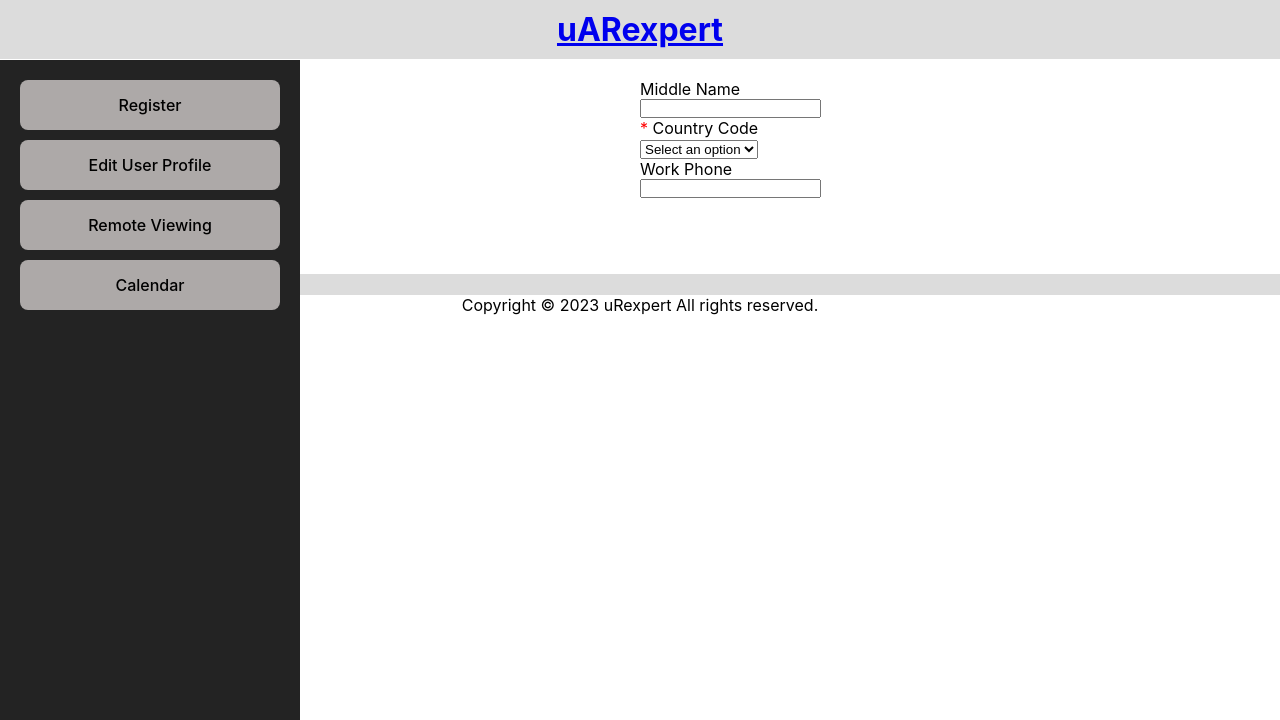
Repository: onionNguyen/Senior-Design-Project
Page: /profile/edit (app in frontend/)
The author's editor kept a copy of each file at every save. The page is drawn from the files as they stood at one save, then again after the next save.
The browser window is 1280 px wide. The pictures show the whole page.
The page's requests for data from a server got no answer. The project was rebuilt for these pictures with package versions that can differ from the ones it lists, and the page was loaded fresh each time. No one was signed in, and anything a server would have sent is missing. Also part of the build but not shown: frontend/src/components/pages/login/Login.module.css, frontend/src/components/pages/login/Login.js, frontend/src/components/pages/home/Home.module.css, frontend/src/components/pages/error/Unauthorized.js, frontend/src/components/pages/home/Home.js, frontend/src/components/pages/registration/Register.module.css, frontend/src/components/pages/registration/Register.js, frontend/src/components/pages/error/NotFound.js and 2 more.

Above is the page before, as saved 2023-10-27 03:26:16.

### frontend/src/index.css
* {
  box-sizing: border-box;
  margin: 0;
  padding: 0;
}

body {
  font-family: -apple-system, BlinkMacSystemFont, "Segoe UI", "Roboto", "Oxygen",
    "Ubuntu", "Cantarell", "Fira Sans", "Droid Sans", "Helvetica Neue",
    sans-serif;
  -webkit-font-smoothing: antialiased;
  -moz-osx-font-smoothing: grayscale;
}

code {
  font-family: source-code-pro, Menlo, Monaco, Consolas, "Courier New",
    monospace;
}

### frontend/src/App.js
import { BrowserRouter as Router, Routes, Route } from "react-router-dom";
import EditProfile from "./components/pages/edit-user-profile/EditProfile";
import Login from "./components/pages/login/Login";
import Home from "./components/pages/home/Home";
import Register from "./components/pages/registration/Register";
import { AuthContext } from "./helpers/AuthContext";
import { useState, useEffect } from "react";
import axios from "axios";
import NotFound from "./components/pages/error/NotFound";
import Calendar from "./components/pages/calendar/Calendar";
import RemoteViewing from "./components/pages/remote-viewing/RemoteViewing";

function App() {
  const [authState, setAuthState] = useState({
    id: 0,
    name: "",
    email: "",
    status: false,
  });

  useEffect(() => {
    axios
      .get("http://localhost:5000/auth", {
        headers: {
          accessToken: localStorage.getItem("accessToken"),
        },
      })
      .then((response) => {
        console.log(response.data);
        if (response.data.error) {
          setAuthState({
            ...authState,
            status: false,
          });
        } else {
          setAuthState({
            id: response.data.id,
            name: response.data.name,
            email: response.data.email,
            status: true,
          });
        }
      });
  }, [authState]);

  return (
    <AuthContext.Provider value={{ authState, setAuthState }}>
      <Router>
        <Routes>
          <Route path="/" exact element={<Home />} />
          <Route path="/register" exact element={<Register />} />
          <Route path="/login" exact element={<Login />} />
          <Route path="/profile/edit" exact element={<EditProfile />} />
          <Route path="/calendar" exact element={<Calendar />} />
          <Route path="/remote-viewing" exact element={<RemoteViewing />} />
          <Route path="*" exact element={<NotFound />} />
        </Routes>
      </Router>
    </AuthContext.Provider>
  );
}

export default App;

### frontend/src/components/pages/edit-user-profile/EditProfile.js
import React, { useState, useEffect } from "react";
import { useNavigate } from "react-router-dom";
import axios from "axios";
import Footer from "../../footer/Footer";
import Header from "../../header/Header";
import SideNav from "../../sidenav/SideNav";
import Input from "../../form/Input";
import styles from "./EditProfile.module.css";
import IndicatesRequired from "../../form/IndicatesRequired";
import MessageRibbon from "../../form/MessageRibbon";

const EditUserProfile = () => {
  const navigate = useNavigate();

  const [formData, setFormData] = useState({
    first_name: "",
    middle_name: "",
    last_name: "",
    country_name: "",
    mobile_phone: "",
    work_phone: "",
    home_phone: "",
    email: "",
  });

  const [errorMessages, setErrorMessages] = useState([]);
  const [countryCodes, setCountryCodes] = useState([]);

  useEffect(() => {
    // Assume you might fetch the user's current profile here as well
    axios
      .get("http://localhost:5000/countries")
      .then((response) => {
        setCountryCodes(response.data.countries);
      })
      .catch((error) => {
        console.error("Error fetching country codes:", error);
      });
  }, []);

  const handleInputChange = (event) => {
    const { name, value } = event.target;
    setFormData({ ...formData, [name]: value });
  };

  const handleSaveChanges = (event) => {
    event.preventDefault();

    // Your data validation logic here, e.g., ensuring required fields have values, etc.

    axios
      .put("http://localhost:5000/updateProfile", formData)
      .then((response) => {
        console.log(response.data);
        // Navigate or display a success message
      })
      .catch((error) => {
        console.error("Error updating user profile:", error);
      });
  };

  const handleUnregister = () => {
    // Logic to unregister the user
  };

  const handleCancel = () => {
    navigate("/dashboard"); // or wherever you want to redirect the user
  };

  return (
    <div>
      <Header />
      <SideNav />
      <MessageRibbon messageList={errorMessages} />
      <IndicatesRequired />
      <form onSubmit={handleSaveChanges} noValidate>
      <div className={styles["form-container"]}>
    <div className={styles["form-sub-container"]}>
        <Input
            label={"First Name"}
            type={"text"}
            name={"first_name"}
            value={formData.first_name}
            onChange={handleInputChange}
            required={true}
        />
        <Input
            label={"Last Name"}
            type={"text"}
            name={"last_name"}
            value={formData.last_name}
            onChange={handleInputChange}
            required={true}
        />
        <Input
            label={"Mobile Phone"}
            type={"text"}
            name={"mobile_phone"}
            value={formData.mobile_phone}
            onChange={handleInputChange}
            required={true}
        />
        <Input
            label={"Home Phone"}
            type={"text"}
            name={"home_phone"}
            value={formData.home_phone}
            onChange={handleInputChange}
            required={false}
        />
        <Input
            label={"Email Address"}
            type={"email"}
            name={"email"}
            value={formData.email}
            onChange={handleInputChange}
            required={true}
        />
    </div>
    <div className={styles["form-sub-container"]}>
        <Input
            label={"Middle Name"}
            type={"text"}
            name={"middle_name"}
            value={formData.middle_name}
            onChange={handleInputChange}
            required={false}
        />
        <Input
            label={"Country Code"}
            type={"select"}
            name={"country_name"}
            value={formData.country_name}
            onChange={handleInputChange}
            required={true}
            countryCodes={countryCodes}
        />
        <Input
            label={"Work Phone"}
            type={"text"}
            name={"work_phone"}
            value={formData.work_phone}
            onChange={handleInputChange}
            required={false}
        />
    </div>
</div>

        <div className={styles["button-ribbon"]}>
          <button type="submit">Save</button>
          <button onClick={handleUnregister}>Unregister</button>
          <button onClick={handleCancel}>Cancel</button>
        </div>
      </form>
      <Footer />
    </div>
  );
};

export default EditUserProfile;

### frontend/src/components/footer/Footer.js
import React from "react";
import styles from "./Footer.module.css";

const Footer = () => {
  return (
    <div className={styles["footer"]}>
      <p>Copyright &copy; 2023 uRexpert All rights reserved.</p>
    </div>
  );
};

export default Footer;

### frontend/src/components/header/Header.js
import React from "react";
import styles from "./Header.module.css";
import { useContext } from "react";
import { AuthContext } from "../../helpers/AuthContext";
import { useNavigate, Link } from "react-router-dom";

const Header = () => {
  const { authState, setAuthState } = useContext(AuthContext);
  const navigate = useNavigate();

  const logout = () => {
    localStorage.removeItem("accessToken");
    setAuthState({
      id: 0,
      name: "",
      email: "",
      status: false,
    });
    navigate("/login");
  };

  return (
    <div className={styles["header"]}>
      <Link to="/">
        <h1>uARexpert</h1>
      </Link>
      {authState.status && <h2>{authState.name}</h2>}
      {authState.status && <button onClick={logout}>Logout</button>}
    </div>
  );
};

export default Header;

### frontend/src/components/sidenav/SideNav.js
import React from "react";
import styles from "./SideNav.module.css";
import { Link } from 'react-router-dom';

const SideNav = (props) => {
  return (
    <div className={styles.sidenav}>
      <ul className={styles.listGroup}>
        <li className={styles.listItem}>
          <Link to="/register">Register</Link>
        </li>
        <li className={styles.listItem}>
          <Link to="/profile/edit">Edit User Profile</Link>
        </li>
        <li className={styles.listItem}>
          <Link to="/remote-viewing">Remote Viewing</Link>
        </li>
        <li className={styles.listItem}>
          <Link to="/calendar">Calendar</Link>
        </li>
      </ul>
    </div>
  );
};

export default SideNav;

### frontend/src/components/form/Input.js
import React from "react";
import styles from "./Form.module.css";

const Input = ({
  label,
  type,
  name,
  value,
  onChange,
  required,
  countryCodes,
}) => {
  return (
    <>
      <label className={styles["display-block"]} htmlFor={name}>
        {required && <span className={styles["required"]}>* </span>}
        {label}
      </label>
      {type === "select" && (
        <select
          name={name}
          id={name}
          value={value}
          onChange={(e) => onChange(e)}
          required={required}
        >
          <option value="" disabled hidden>
            Select an option
          </option>
          {countryCodes.map((countryCode, index) => (
            <option key={index} value={countryCode.name}>
              {countryCode.name} ({countryCode.code})
            </option>
          ))}
        </select>
      )}
      {(type === "text" || type === "email" || type === "password") && (
        <input
          className={styles["display-block"]}
          type={type}
          name={name}
          id={name}
          value={value}
          onChange={(e) => onChange(e)}
          required={required}
        />
      )}
    </>
  );
};

export default Input;

### frontend/src/components/pages/edit-user-profile/EditProfile.module.css
.form-container {
  display: flex;
}

.form-sub-container {
  width: 50%;
}

.button-ribbon {
  background-color: gainsboro;
}

### frontend/src/components/form/IndicatesRequired.js
import React from "react";
import styles from "./Form.module.css";

const IndicatesRequired = () => {
  return (
    <div>
      <span className={styles["required"]}>* </span>
      <span>Indicates Required</span>
    </div>
  );
};

export default IndicatesRequired;

### frontend/src/components/form/MessageRibbon.js
import React from "react";

const MessageRibbon = ({ messageList }) => {
  return (
    <>
      <ul>
        {messageList.map((message, index) => {
          return <li key={index}>{message}</li>;
        })}
      </ul>
    </>
  );
};

export default MessageRibbon;

### frontend/src/components/header/Header.module.css
.header {
  display: flex;
  justify-content: center;
  align-items: center;
  background-color: gainsboro;
  padding: 10px 20px;
}

.left-aligned {
  display: flex;
  align-items: center;
}

#logo img {
  margin-right: 15px; /* Adjust as needed */
}

### frontend/src/components/sidenav/SideNav.module.css
.sidenav {
  height: calc(100vh - 60px);
  width: 300px; /* Fixed width to ensure uniform look across different screens */
  max-width: 80%; /* Ensure it doesn't consume too much space on smaller screens */
  z-index: 1;
  top: 60px;
  left: 0;
  background-color: #232323; /* Darker color for contrast */
  transition: 0.5s ease;
  overflow-x: hidden;
  padding: 20px;
  display: flex;
  flex-direction: column;
  align-items: center;
  position: fixed;
  overflow-y: auto;
}

.listGroup {
  width: 100%;
  list-style-type: none;
  padding: 0;
}

.listItem {
  width: 100%;
  padding: 15px 10px;
  text-align: center;
  margin-bottom: 10px;
  border-radius: 8px; /* Added border radius */
  background-color: #ada9a8;
  transition: background-color 0.3s ease; /* Transition effect for hover */
}

.listItem:hover {
  background-color: #7a7675; /* Change color on hover */
}

.listItem a {
  text-decoration: none;
  color: black; /* Ensure text is black, change as per your preference */
  font-weight: 500; /* Slightly bolder font */
  transition: color 0.3s ease; /* Transition effect for hover */
}

.listItem a:hover {
  color: white; /* Change color on hover */
}

### frontend/src/components/form/Form.module.css
.display-block {
  display: block;
}

.required {
  color: red;
}

Loaded but not shown: frontend/public/index.html (common file); frontend/src/index.js (common file); frontend/src/reportWebVitals.js (common file); frontend/src/helpers/AuthContext.js (common file); frontend/src/components/footer/Footer.module.css (common file)

After the next save:
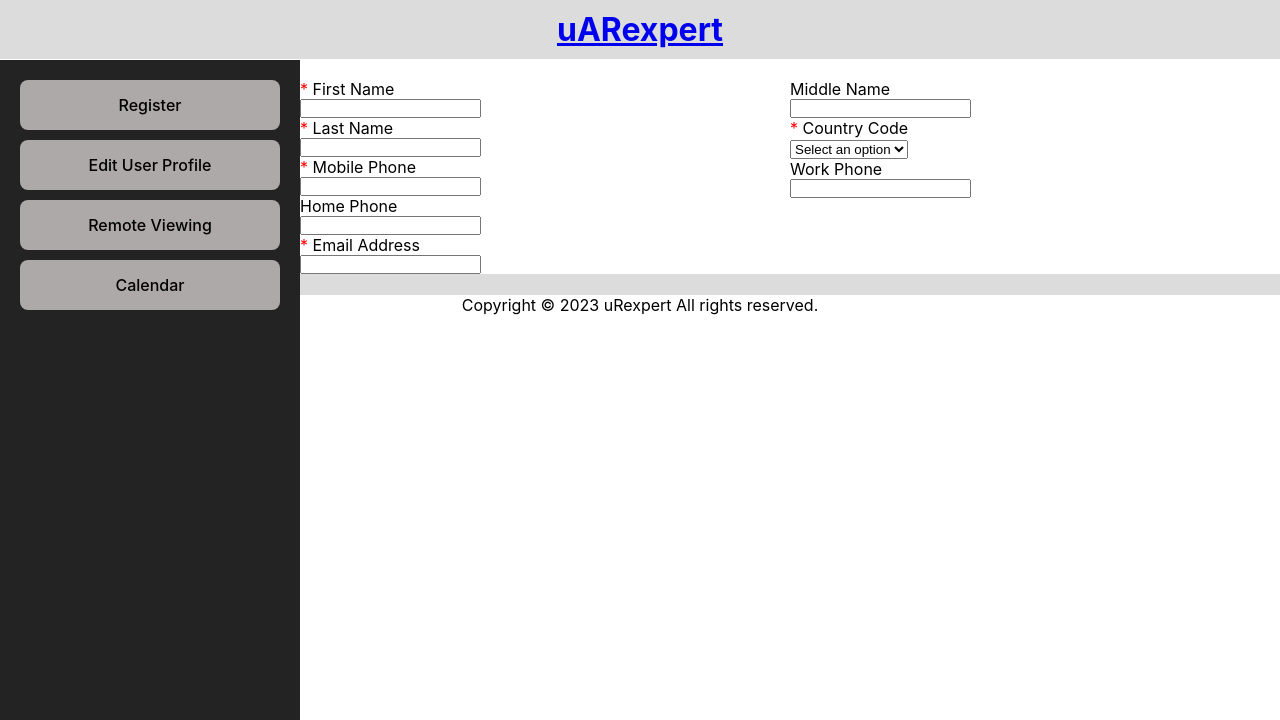
Saved 16 s later.
--- a/frontend/src/components/pages/edit-user-profile/EditProfile.module.css
+++ b/frontend/src/components/pages/edit-user-profile/EditProfile.module.css
@@ -1,6 +1,8 @@
 .form-container {
   display: flex;
+  margin-left: 300px; /* equal to the width of the sidenav to avoid overlap */
 }
+
 
 .form-sub-container {
   width: 50%;
